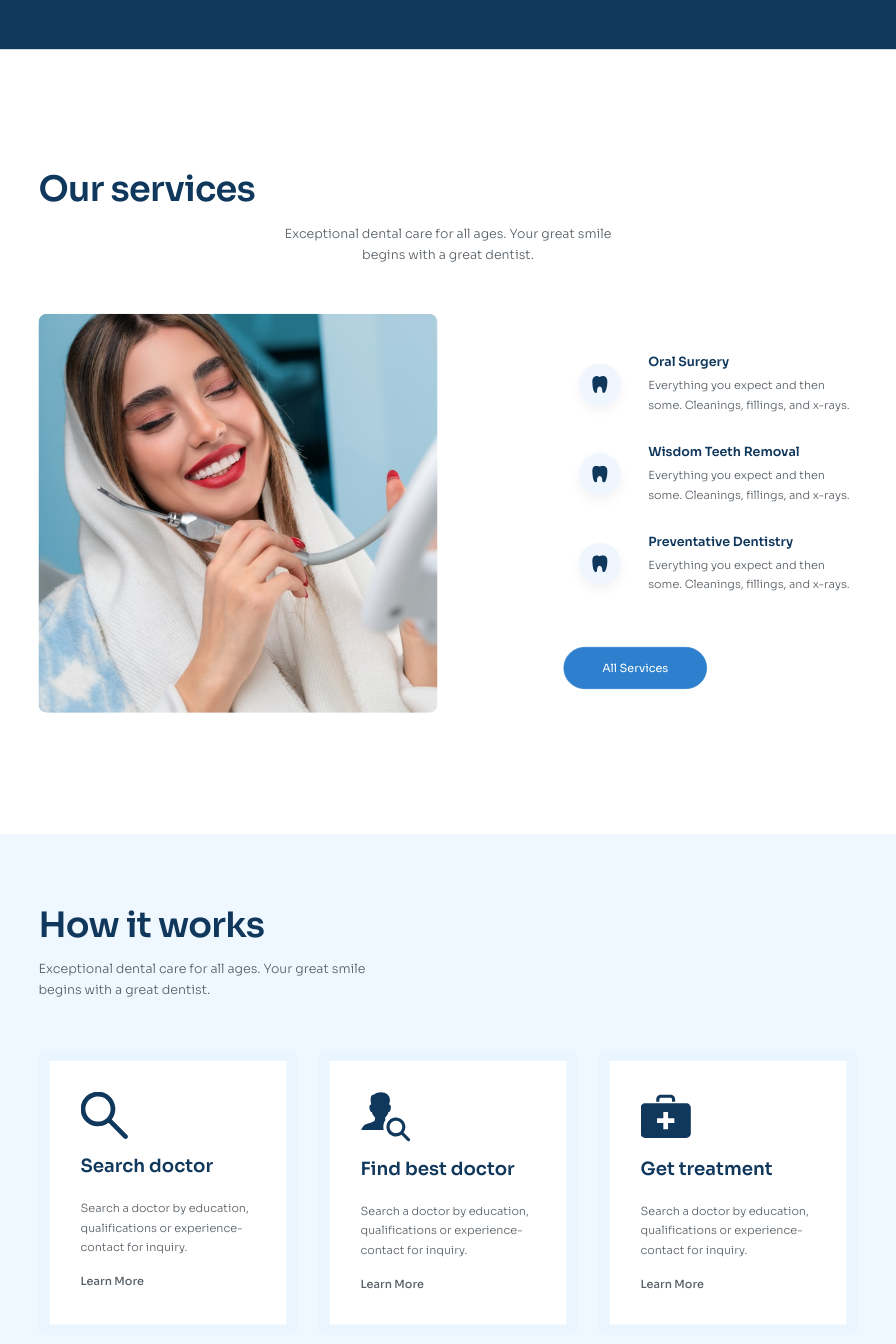
Repository: han2003dz/f8-project-03
Page: index.html
An editor plug-in stored every save of this project. The page is shown before and after the next save, followed by the edit.
The browser window is 1280 px wide. The pictures show the part of the page from y = 695 to 2615 px (the page is 6000 px tall), at 70% of full size.

Above is the page before, as saved 2023-05-06 21:57:02.

### index.html
<!DOCTYPE html>
<html lang="en">

<head>
    <meta charset="UTF-8">
    <meta http-equiv="X-UA-Compatible" content="IE=edge">
    <meta name="viewport" content="width=device-width, initial-scale=1.0">
    <title>Shine Smile</title>
    <!-- favicon -->
    <link rel="apple-touch-icon" sizes="57x57" href="./assets/favicon/apple-icon-57x57.png">
    <link rel="apple-touch-icon" sizes="60x60" href="./assets/favicon/apple-icon-60x60.png">
    <link rel="apple-touch-icon" sizes="72x72" href="./assets/favicon/apple-icon-72x72.png">
    <link rel="apple-touch-icon" sizes="76x76" href="./assets/favicon/apple-icon-76x76.png">
    <link rel="apple-touch-icon" sizes="114x114" href="./assets/favicon/apple-icon-114x114.png">
    <link rel="apple-touch-icon" sizes="120x120" href="./assets/favicon/apple-icon-120x120.png">
    <link rel="apple-touch-icon" sizes="144x144" href="./assets/favicon/apple-icon-144x144.png">
    <link rel="apple-touch-icon" sizes="152x152" href="./assets/favicon/apple-icon-152x152.png">
    <link rel="apple-touch-icon" sizes="180x180" href="./assets/favicon/apple-icon-180x180.png">
    <link rel="icon" type="image/png" sizes="192x192" href="./assets/favicon/android-icon-192x192.png">
    <link rel="icon" type="image/png" sizes="32x32" href="./assets/favicon/favicon-32x32.png">
    <link rel="icon" type="image/png" sizes="96x96" href="./assets/favicon/favicon-96x96.png">
    <link rel="icon" type="image/png" sizes="16x16" href="./assets/favicon/favicon-16x16.png">
    <link rel="manifest" href="./assets/favicon/manifest.json">
    <meta name="msapplication-TileColor" content="#ffffff">
    <meta name="msapplication-TileImage" content="./assets/favicon/ms-icon-144x144.png">
    <meta name="theme-color" content="#ffffff">
    <!-- embed font -->
    <link rel="preconnect" href="https://fonts.googleapis.com">
    <link rel="preconnect" href="https://fonts.gstatic.com" crossorigin>
    <link href="https://fonts.googleapis.com/css2?family=Sora:wght@300;400;500;600;700&display=swap" rel="stylesheet">
    <!-- my css -->
    <link rel="stylesheet" href="/assets/css/reset.css">
    <link rel="stylesheet" href="/assets/css/style.css">
</head>

<body style="height: 6000px;">
    <header class="header">
        <div class="container">
            <!-- nav -->
            <div class="navigation">
                <a href="#!">
                    <div class="logo">
                        <span class="logo__circle"></span>
                        <span class="logo__text">
                            <span class="logo__brand">shine</span>
                            <span class="logo__brand logo__brand--small">smile</span>
                        </span>
                    </div>
                </a>
                <nav class="navbar">
                    <ul class="nav__list">
                        <li class="nav__item">
                            <a href="#!" class="nav__link nav__link--active">Home</a>
                        </li>
                        <li class="nav__item">
                            <a href="#!" class="nav__link">Services</a>
                        </li>
                        <li class="nav__item">
                            <a href="#!" class="nav__link">About</a>
                        </li>
                        <li class="nav__item">
                            <a href="#!" class="nav__link">Doctors</a>
                        </li>
                    </ul>
                </nav>
                <!-- action -->
                <div class="header-action">
                    <a href="#!" class="header-action__login">Log In</a>
                    <button href="#!" class="header-action__sign-up btn">Sign Up</button>
                </div>
            </div>
            <!-- hero -->
            <section class="hero">
                <!-- hero content -->
                <div class="hero__content">
                    <h1 class="hero__heading">Exceptional dental care for all ages.</h1>
                    <p class="hero__desc">Exceptional dental care for all ages. Your great smile begins with a great
                        dentist.</p>
                    <div class="hero__row">
                        <a href="#!" class="btn hero__btn">Book Online</a>
                        <span class="hero__phone">or call (123) 456-7890</span>
                    </div>
                </div>
                <div class="hero__media">
                    <figure class="hero__images">
                        <img src="./assets/img/img1__hero.jpg" alt="" class="hero__img">
                        <img src="./assets/img/img2__hero.jpg" alt="" class="hero__img">
                    </figure>
                </div>

            </section>
        </div>
    </header>
    <main>
        <!-- service -->
        <div class="service">
            <div class="container">
                <h2 class="section-heading">Our services</h2>
                <p class="section-desc">Exceptional dental care for all ages. Your great smile begins with a great
                    dentist.</p>
                <div class="service__row">
                    <figure>
                        <img src="./assets/img/service-img3.jpg" alt="" class="service__img">
                    </figure>
                    <div>
                        <div class="service__list">
                            <!-- item 1 -->
                            <section class="service-item">
                                <div class="service-item__icon">
                                    <!-- icon -->
                                    <svg width="22" height="24" viewBox="0 0 22 24" fill="none"
                                        xmlns="http://www.w3.org/2000/svg">
                                        <path
                                            d="M20.3598 2.63964C17.9506 -0.556131 14.2772 -0.568132 11.2481 1.10682C11.001 1.24657 10.7219 1.31411 10.4406 1.30222C10.1592 1.29033 9.88633 1.19945 9.65105 1.03931C8.49552 0.245717 7.29036 -0.316477 5.13904 0.207462C0.623408 1.3071 0 4.90379 0 8.99816C0.0797353 12.1602 0.500857 15.3032 1.25551 18.3683C2.11836 22.0168 3.90382 24 5.43354 24C6.96326 24 7.00963 22.2204 7.00963 20.8016C7.00963 19.2009 7.39505 14.8009 10.8642 14.8009C13.5317 14.8009 14.3333 18.4013 14.3333 20.8016C14.3329 23.095 15.1722 24 16.6628 24C19.5267 24 20.9796 15.3938 21.3719 13.1237C21.7642 10.8535 22.9882 6.12569 20.3598 2.63964Z"
                                            fill="currentColor" />
                                    </svg>
                                </div>
                                <div class="service-item__body">
                                    <h3 class="service-item__heading">Oral Surgery</h3>
                                    <p class="service-item__desc">
                                        Everything you expect and then some. Cleanings, fillings, and x-rays.
                                    </p>
                                </div>
                            </section>
                            <!-- item 2 -->
                            <section class="service-item">
                                <div class="service-item__icon">
                                    <!-- icon -->
                                    <svg width="22" height="24" viewBox="0 0 22 24" fill="none"
                                        xmlns="http://www.w3.org/2000/svg">
                                        <path
                                            d="M20.3598 2.63964C17.9506 -0.556131 14.2772 -0.568132 11.2481 1.10682C11.001 1.24657 10.7219 1.31411 10.4406 1.30222C10.1592 1.29033 9.88633 1.19945 9.65105 1.03931C8.49552 0.245717 7.29036 -0.316477 5.13904 0.207462C0.623408 1.3071 0 4.90379 0 8.99816C0.0797353 12.1602 0.500857 15.3032 1.25551 18.3683C2.11836 22.0168 3.90382 24 5.43354 24C6.96326 24 7.00963 22.2204 7.00963 20.8016C7.00963 19.2009 7.39505 14.8009 10.8642 14.8009C13.5317 14.8009 14.3333 18.4013 14.3333 20.8016C14.3329 23.095 15.1722 24 16.6628 24C19.5267 24 20.9796 15.3938 21.3719 13.1237C21.7642 10.8535 22.9882 6.12569 20.3598 2.63964Z"
                                            fill="currentColor" />
                                    </svg>
                                </div>
                                <div class="service-item__body">
                                    <h3 class="service-item__heading">Wisdom Teeth Removal</h3>
                                    <p class="service-item__desc">
                                        Everything you expect and then some. Cleanings, fillings, and x-rays.
                                    </p>
                                </div>
                            </section>
                            <!-- item 3 -->
                            <section class="service-item">
                                <div class="service-item__icon">
                                    <!-- icon -->
                                    <svg width="22" height="24" viewBox="0 0 22 24" fill="none"
                                        xmlns="http://www.w3.org/2000/svg">
                                        <path
                                            d="M20.3598 2.63964C17.9506 -0.556131 14.2772 -0.568132 11.2481 1.10682C11.001 1.24657 10.7219 1.31411 10.4406 1.30222C10.1592 1.29033 9.88633 1.19945 9.65105 1.03931C8.49552 0.245717 7.29036 -0.316477 5.13904 0.207462C0.623408 1.3071 0 4.90379 0 8.99816C0.0797353 12.1602 0.500857 15.3032 1.25551 18.3683C2.11836 22.0168 3.90382 24 5.43354 24C6.96326 24 7.00963 22.2204 7.00963 20.8016C7.00963 19.2009 7.39505 14.8009 10.8642 14.8009C13.5317 14.8009 14.3333 18.4013 14.3333 20.8016C14.3329 23.095 15.1722 24 16.6628 24C19.5267 24 20.9796 15.3938 21.3719 13.1237C21.7642 10.8535 22.9882 6.12569 20.3598 2.63964Z"
                                            fill="currentColor" />
                                    </svg>
                                </div>
                                <div class="service-item__body">
                                    <h3 class="service-item__heading">Preventative Dentistry</h3>
                                    <p class="service-item__desc">
                                        Everything you expect and then some. Cleanings, fillings, and x-rays.
                                    </p>
                                </div>
                            </section>
                        </div>
                        <a href="" class="btn service__btn">All Services</a>
                    </div>
                </div>
            </div>
        </div>
        <section class="work">
            <div class="container">
                <h2 class="section-heading heading__work">How it works</h2>
                <p class="section-desc desc__work">Exceptional dental care for all ages. Your great smile begins with a
                    great dentist.
                </p>
                <div class="work__list">
                    <!-- item 1 -->
                    <section class="work-item">
                        <img src="./assets/icon/search.svg" alt="" class="work-item__icon">
                        <h3 class="work-item__heading">Search doctor</h3>
                        <p class="work-item__desc">Search a doctor by education, qualifications or experience-contact
                            for inquiry.
                        </p>
                        <a href="#!" class="learn-more">Learn More</a>
                    </section>
                    <!-- item 2 -->
                    <section class="work-item">
                        <img src="./assets/icon/search-user.svg" alt="" class="work-item__icon">
                        <h3 class="work-item__heading">Find best doctor</h3>
                        <p class="work-item__desc">Search a doctor by education, qualifications or experience-contact
                            for inquiry.
                        </p>
                        <a href="#!" class="learn-more">Learn More</a>
                    </section>
                    <!-- item 3 -->
                    <section class="work-item">
                        <img src="./assets/icon/bag.svg" alt="" class="work-item__icon">
                        <h3 class="work-item__heading">Get treatment</h3>
                        <p class="work-item__desc">Search a doctor by education, qualifications or experience-contact
                            for inquiry.
                        </p>
                        <a href="#!" class="learn-more">Learn More</a>
                    </section>
                </div>
            </div>
        </section>
        <!-- feature -->
        <section class="feature">
            <div class="container">
                <div class="feature-body">
                    <div class="feature__media">
                        <figure class="feature__images">
                            <img src="./assets/img/feature-img1.jpg" alt="" class="feature__img">
                            <img src="./assets/img/feature-img2.jpg" alt="" class="feature__img">
                        </figure>
                    </div>
                    <section class="feature__content">
                        <h2 class="section-heading">Take back your smile with shine.</h2>
                        <p class="section-desc">If you’re missing multiple teeth due to decay, injury, or the natural aging
                            process, dentures might be the perfect solution.
                        </p>
                        <a href="#!" class="btn">Learn More</a>
                    </section>
                </div>
            </div>
        </section>
    </main>
    <script src="./assets/app.js"></script>
</body>

</html>

### assets/css/style.css
* {
  box-sizing: border-box;
}
html {
  font-size: 62.5%;
}
body {
  font-size: 1.6rem;
  font-family: "Sora", sans-serif;
}
/* common */
.container {
  width: 1170px;
  max-width: calc(100% - 48px);
  margin: 0 auto;
}
.navigation {
  display: flex;
  justify-content: space-between;
  align-items: center;
}
a {
  text-decoration: none;
}
:root {
  --header-bg: #10375c;
  --primary-color: #2e80ce;
  --height-btn: 60px;
}
.nav__link,
.header-action__login {
  padding: 5px 14px;
  font-size: 1.6rem;
  font-weight: 300;
  color: #c9d2da;
}
.header-action__login:hover,
.nav__link:hover,
.nav__link--active {
  text-shadow: 1px 0 0 #fff;
}
.btn {
  display: inline-block;
  min-width: 205px;
  height: var(--height-btn);
  padding: 0 20px;
  border: 1px solid var(--primary-color);
  line-height: var(--height-btn);
  border-radius: 999px;
  font-weight: 400;
  font-size: 1.6rem;
  text-align: center;
  color: #fff;
  background: var(--primary-color);
}
.btn:hover {
  opacity: 0.9;
  cursor: pointer;
}
/* header */
.header {
  padding-top: 30px;
  padding-bottom: 100px;
  min-height: 100vh;
  background: var(--header-bg);
}

.logo {
  /* 1em = 10px */
  font-size: 1rem;
  position: relative;
  display: inline-flex;
  align-items: center;
}
.logo__circle::before,
.logo__circle::after {
  display: inline-block;
  content: "";
  border-radius: 50%;
}
.logo__circle::before {
  width: 3em;
  height: 3em;
  background: var(--primary-color);
}
.logo__circle::after {
  width: 1.6em;
  height: 1.6em;
  background: #fff;
  position: absolute;
  top: 1.1em;
  left: 1.1em;
}
.logo__text {
  margin-left: 0.6em;
  text-align: right;
  line-height: 1.6em;
}
.logo__brand {
  display: block;
  font-weight: 400;
  font-size: 1.8em;
  color: #fff;
}
.logo__brand--small {
  font-size: 1.2em;
  font-weight: 300;
}
/* navbar */
.navbar .nav__list {
  display: flex;
}
.nav__link {
  padding: 5px 21px;
}
.nav__link--active {
  pointer-events: none;
}
.nav__link--active::before {
  position: relative;
  left: -8px;
  bottom: 2px;
  content: "";
  display: inline-block;
  width: 6px;
  height: 6px;
  background: #fff;
  border-radius: 50%;
}
/* header-action */
.header-action {
  display: flex;
  align-items: center;
}
.header-action__login {
  margin-right: 7px;
}
.header-action__sign-up {
  min-width: 120px;
}
/* hero */
.hero {
  display: flex;
  margin-top: 76px;
  align-items: center;
}
.hero__content {
  /* giải quyết vấn đề co nhỏ */
  flex-shrink: 0;
  width: 44%;
}
.hero__media {
  flex-grow: 1;
}
.hero__heading {
  font-weight: 600;
  font-size: 7rem;
  line-height: 1.14;
  /* or 114% */
  letter-spacing: -0.02em;
  color: #ffffff;
}
.hero__desc {
  font-weight: 300;
  font-size: 1.8rem;
  line-height: 1.67;
  /* or 167% */
  color: #c9d2da;
  margin-top: 22px;
  margin-bottom: 38px;
}
.hero__phone {
  font-weight: 400;
  font-size: 1.8rem;
  line-height: 1.67;
  color: #fff;
}
.hero__row {
  display: flex;
  align-items: center;
  gap: 38px;
}
.hero__images {
  display: flex;
  align-items: center;
  justify-content: flex-end;
}
.hero__img {
  width: 330px;
  height: 500px;
  border-radius: 6px;
  object-fit: cover;
}
.hero__img:last-child {
  width: 210px;
  height: 400px;
}
/* service */
.service {
  padding: 170px 0;
}
.section-heading,
.section-desc {
  text-align: center;
}
.section-heading {
  font-weight: 600;
  font-size: 5rem;
  line-height: 1.2;
  /* identical to box height, or 120% */
  letter-spacing: -0.02em;
  color: #10375c;
  margin-bottom: 18px;
}
.section-desc {
  font-weight: 300;
  font-size: 1.8rem;
  line-height: 1.67;
  /* or 167% */
  margin: 0 auto;
  color: #575f66;
  max-width: 468px;
}
.service__row {
  margin-top: 70px;
  display: flex;
  justify-content: space-between;
  align-items: center;
}
.service__img {
  width: 570px;
  height: 570px;
  object-fit: cover;
  border-radius: 12px;
}
.service-item {
  display: flex;
  max-width: 420px;
  height: 128px;
  background: #ffffff;
  border-radius: 10px;
  align-items: center;
}
.service-item:hover {
  box-shadow: 0px 14px 28px rgba(0, 0, 0, 0.05);
  border-radius: 10px;
  cursor: pointer;
  position: relative;
}
.service-item:hover .service-item__icon {
  background: #2e80ce;
  box-shadow: 0px 8px 16px rgba(40, 155, 222, 0.15);
  color: #fff;
}
.service-item__heading {
  font-weight: 600;
  font-size: 1.8rem;
  line-height: 1.27;
  /* identical to box height */
  color: #10375c;
  margin-bottom: 8px;
}
.service-item__desc {
  font-weight: 300;
  font-size: 1.6rem;
  line-height: 1.75;
  /* or 175% */
  color: #575f66;
  max-width: 308px;
}
.service-item__icon {
  display: flex;
  justify-content: center;
  align-items: center;
  margin-right: 19px;
  margin-left: 22px;
  flex-shrink: 0;
  width: 60px;
  height: 60px;
  border-radius: 50%;
  background: #eff6fd;
  box-shadow: 0px 8px 16px rgba(0, 0, 0, 0.05);
  color: #10375c;
}
.service-item__body {
  margin-left: 20px;
}
.service__btn {
  margin-top: 55px;
}
/* work */
.work {
  padding: 100px 0;
  background: #f0f8ff;
}
.heading__work,
.desc__work {
  text-align: left;
  margin: 0;
}
.desc__work {
  margin-top: 18px;
}
.work__list {
  display: grid;
  grid-template-columns: repeat(3, 1fr);
  margin-top: 70px;
  column-gap: 30px;
}
.work-item {
  padding: 44px;
  border-radius: 12px;
  border: 16px solid #eaf6ff;
  background: #fff;
  transition: 0.25s;
}
.work-item:hover {
  border: 16px solid var(--primary-color);
  transform: translateY(-16px);
}
.work-item__heading {
  margin-top: 18px;
  font-weight: 600;
  font-size: 2.6rem;
  line-height: 1.38;
  /* identical to box height, or 138% */
  color: var(--header-bg);
}
.work-item__desc,
.learn-more {
  margin-top: 28px;
  font-weight: 300;
  font-size: 16px;
  line-height: 28px;
  /* or 175% */
  color: #575f66;
}
.learn-more {
  display: inline-block;
  margin-top: 20px;
  font-weight: 500;
}
.learn-more:hover {
  font-weight: 600;
  color: #2e80ce;
  transition: 0.2s;
  transform: translateY(-3px);
}

/* feature */
.feature {
  margin-top: 85px;
  padding: 85px 0;
}
.feature-body {
  display: flex;
  gap: 130px;
}
.feature__media {
  width: 48%;
}
.feature__images {
  position: relative;
  padding-bottom: 121px;
}
.feature__img {
  width: 512px;
  height: 370px;
  border-radius: 6px;
  object-fit: cover;
}
.feature__img:last-child {
  width: 332px;
  position: absolute;
  right: 0;
  bottom: 0;
}
.section-heading {
  font-size: 5rem;
  line-height: 1.2;
  text-align: left;
}

### assets/app.js
const navItems = document.querySelectorAll(".nav__link");
function handleClickNav(event){
    [...navItems].forEach(item => item.classList.remove("nav__link--active"));
    event.target.classList.add("nav__link--active");
    console.log(event.target);
}
[...navItems].forEach(item => item.addEventListener("click", handleClickNav));

Loaded but not shown: assets/css/reset.css (common file)

After the next save:
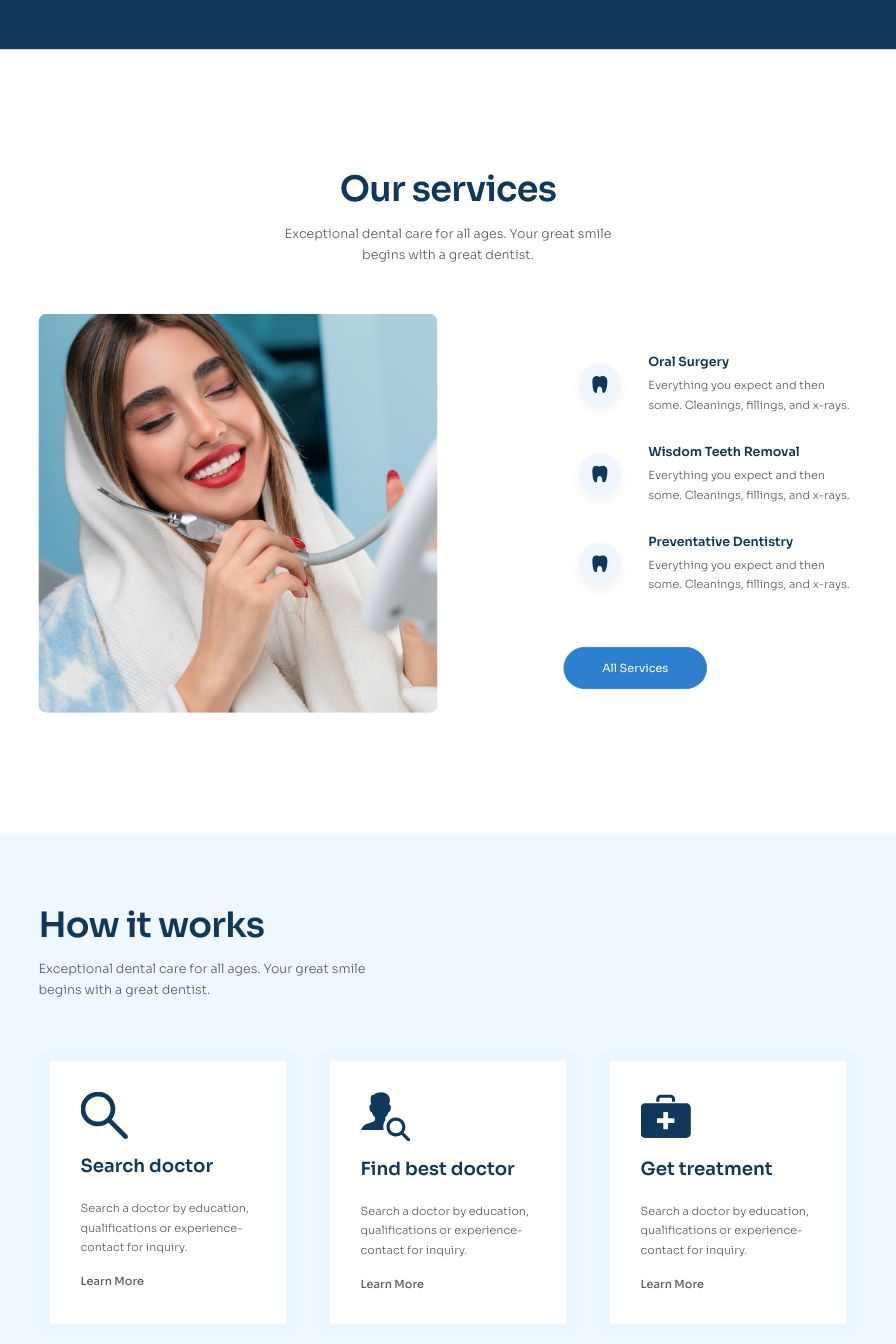
Saved 24 s later.
--- a/assets/css/style.css
+++ b/assets/css/style.css
@@ -378,5 +378,5 @@ a {
 .section-heading {
   font-size: 5rem;
   line-height: 1.2;
-  text-align: left;
-}
+
+}
